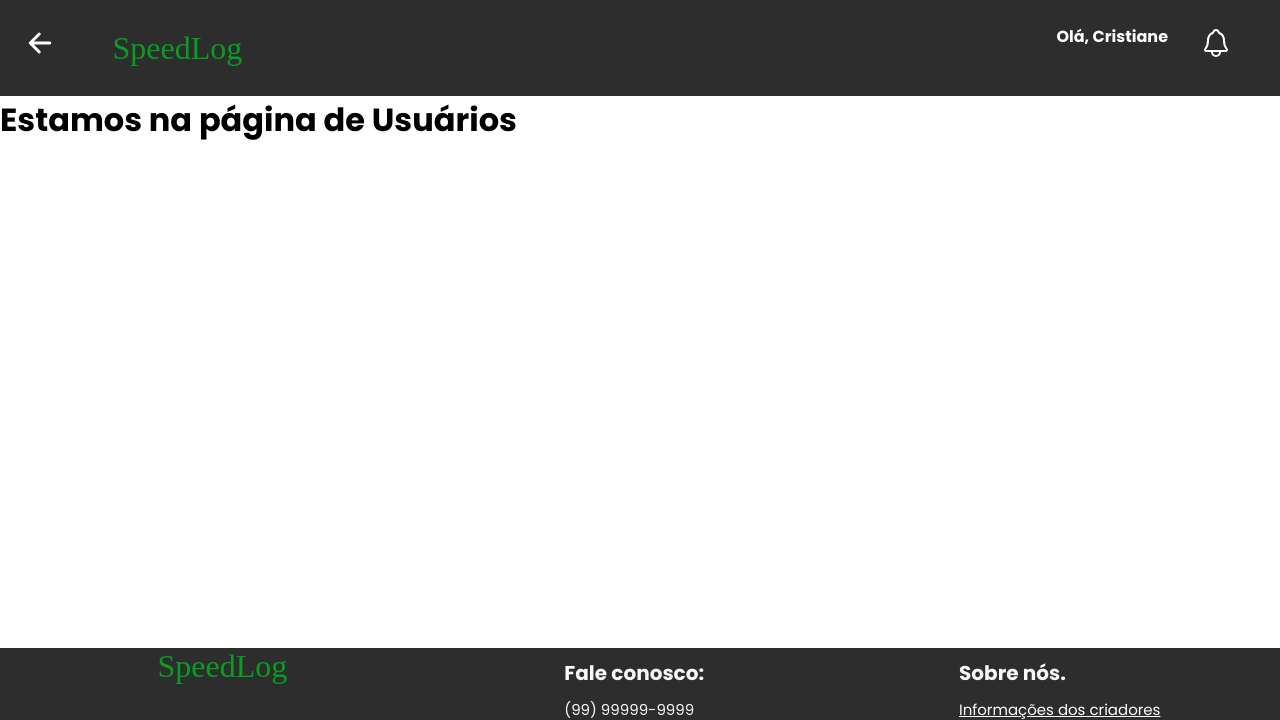
Repository: crisholiveira/speedlog
Page: http://localhost/usuarios/
These files come from the project's save history. The page is drawn as it stood at one moment and after the next save; the edit follows.
The browser window is 1280 px wide. The pictures show the whole page.
Some web fonts or font styles are not loaded; a fallback is used. The page is served by the project's Node server (app.js). Other server files are loaded and not shown.

Above is the page before, as saved 2022-01-23 18:28:29.

### views/usuarios.ejs
<%- include('./partials/header.ejs') %>
<body>
    <h1>Estamos na página de Usuários</h1>
</body>

<%- include('./partials/footer.ejs') %>

### views/partials/header.ejs
<!DOCTYPE html>
<html lang="en">

<head>
    <meta charset="UTF-8">
    <meta http-equiv="X-UA-Compatible" content="IE=edge">
    <meta name="viewport" content="width=device-width, initial-scale=1.0">
    <link rel="stylesheet" href="/stylesheets/header.css">
    <title>SpeedLog</title>
</head>
<header>
    <div id="menu-header">
        <div class="header-container">
            <span class="icone-voltar"><a href="/home"><ion-icon name="arrow-back-outline"></ion-icon></a>

            </span>
            <span class="logo">SpeedLog</span>
            <span class="icone-notificacao">
                <ion-icon name="notifications-outline"></ion-icon>
            </span>
            <span class="bem-vindo">
                <h4>Olá, Cristiane</h4>
            </span>
        </div>
    </div>
</header>
<script type="module" src="https://unpkg.com/ionicons@5.5.2/dist/ionicons/ionicons.esm.js"></script>
<script nomodule src="https://unpkg.com/ionicons@5.5.2/dist/ionicons/ionicons.js"></script>

### views/partials/footer.ejs
<!DOCTYPE html>
<html lang="en">
<head>
    <meta charset="UTF-8">
    <meta http-equiv="X-UA-Compatible" content="IE=edge">
    <meta name="viewport" content="width=device-width, initial-scale=1.0">
    <title>Document</title>
    <link rel="stylesheet" href="/stylesheets/footer.css">
</head>

<footer>

    <div class="footer">

        <div class="caixa1">
            <span class="logo"> SpeedLog </span>
        </div>

        <div class="caixa2">

            <ul>
            <li class="titulo"><b>Fale conosco:</b> </li>
            <li >(99) 99999-9999</li>
            <li>speedlog@mail.com</li>
            </ul>

        </div>

        <div class='caixa3'>
            <ul>
                <li class="titulo"><b>Sobre nós.</b></li>
                <li><a href="#" style="color: white">Informações dos criadores</a></li>
            </ul>
        </div>


    </div>

</footer>

### app.js
var createError = require('http-errors');
var express = require('express');
var path = require('path');
var cookieParser = require('cookie-parser');
var logger = require('morgan');

var indexRouter = require('./routes/index');
var usersRouter = require('./routes/users');
var homeRouter = require('./routes/home');
var perfilRouter = require('./routes/perfil');
var requisicoesRouter = require('./routes/requisicoes');
var estoqueRouter = require('./routes/estoque');
var usuariosRouter = require('./routes/usuarios');
var produtosRouter = require('./routes/produtos');
var cadFornecedorRouter = require('./routes/cadFornecedor')
var cadUsuarioRouter = require('./routes/cadUsuario');


var app = express();

// view engine setup
app.set('views', path.join(__dirname, 'views'));
app.set('view engine', 'ejs');

app.use(logger('dev'));
app.use(express.json());
app.use(express.urlencoded({ extended: false }));
app.use(cookieParser());
app.use(express.static(path.join(__dirname, 'public')));

app.use('/', indexRouter);
app.use('/users', usersRouter);
app.use('/home', homeRouter);
app.use('/perfil', perfilRouter);
app.use('/requisicoes', requisicoesRouter);
app.use('/estoque', estoqueRouter);
app.use('/usuarios', usuariosRouter);
app.use('/produtos', produtosRouter);
app.use('/cadastroDeFornecedor', cadFornecedorRouter);
app.use('/cadastroDeUsuario', cadUsuarioRouter);

// catch 404 and forward to error handler
app.use(function(req, res, next) {
  next(createError(404));
});

// error handler
app.use(function(err, req, res, next) {
  // set locals, only providing error in development
  res.locals.message = err.message;
  res.locals.error = req.app.get('env') === 'development' ? err : {};

  // render the error page
  res.status(err.status || 500);
  res.render('error');
});

module.exports = app;

### controllers/usuariosController.js
const usuariosController = {
    index: (req, res) => {

        res.render('usuarios')
    }
}
module.exports = usuariosController

### public/stylesheets/header.css
@import url('https://fonts.googleapis.com/css2?family=Poppins:wght@100;200;300;400;500;600;700&display=swap');
@import url('https://fonts.googleapis.com/css2?family=Patrick+Hand&display=swap');

*{
    padding: 0;
    margin: 0;
    box-sizing: border-box;
    border: none;
    font-family: 'Poppins'
}

header {
    min-height: 10vh;
    background-color:#2d2d2d;

}

.header-container a {
    color: white;
}



.header-container {
    padding: 1.5rem;

}

.logo {
    color:#099c22;
    font-family: 'Patrick Hand', cursive;
    font-size: 2rem;
    padding: 3rem;

}


.icone-voltar {
    font-size: 2rem;
    color: white;



}

.icone-notificacao {
    font-size: 2rem;
    color: white;
    float: right;
    padding-right: 1.5rem;

}

.bem-vindo {
    color: white;
    float: right;

}
.bem-vindo h4 {
    padding-right: 2rem;
}
@media (max-width: 768px){
    .logo{
        display: none;
    }
}

### public/stylesheets/footer.css
*{
    padding: 0;
    margin: 0;
    box-sizing: border-box;
    border: none;
    font-family: 'Poppins'
}

footer{
    min-height: 10vh;
    background-color:#2d2d2d;
    color: rgb(248, 248, 248);
    /**
    padding: 30px;
    position: absolute;
    margin-bottom: 0px;
    width: 100%;
    **/


    bottom: 0;
    left: 0;
    height: 40px;
    position: fixed;
    width: 100%;

}

.logo{
    color:#099c22;
    font-family: 'Patrick Hand', cursive;
    font-size: 2rem;
    text-align: center;
}

ul{

    list-style: none;


}

li{
    margin: 10px;
    font-size: 15px;

}

.footer{
    display: flex;
    justify-content: space-around;


}

.titulo{
    font-size: 20px;
}

After the next save:
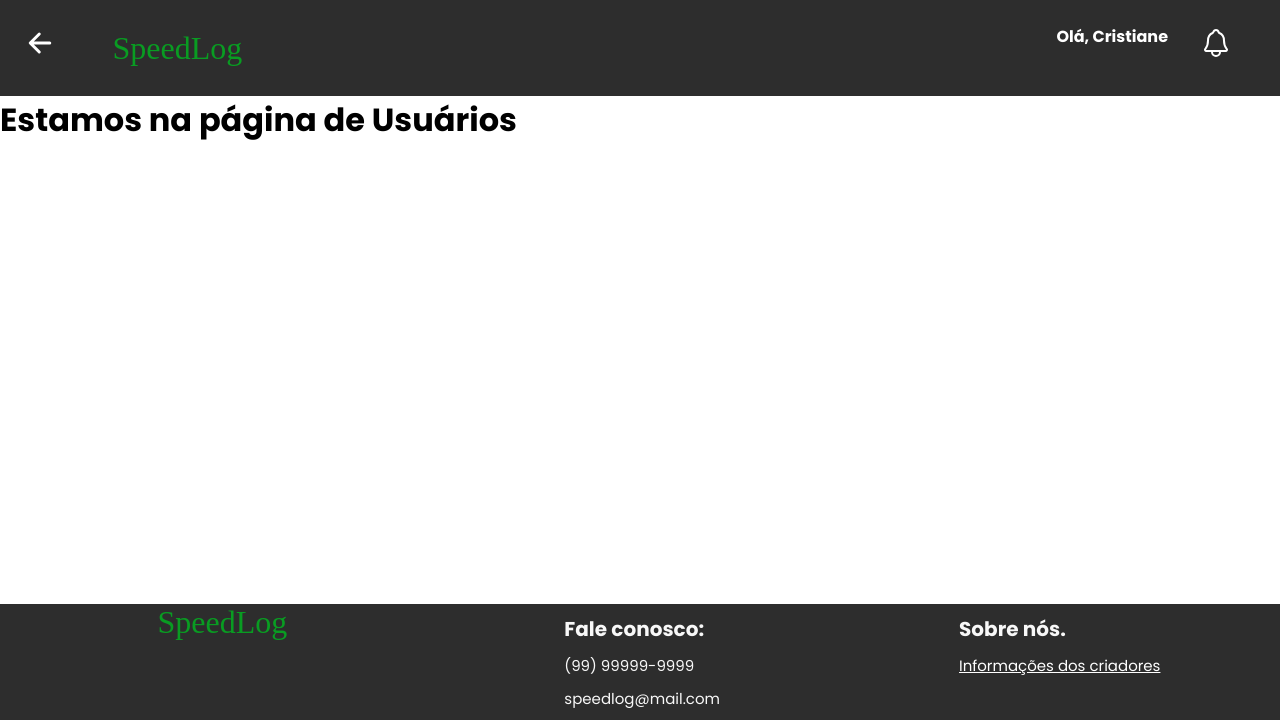
Saved 117 s later.
--- a/public/stylesheets/footer.css
+++ b/public/stylesheets/footer.css
@@ -10,20 +10,17 @@ footer{
     min-height: 10vh;
     background-color:#2d2d2d;
     color: rgb(248, 248, 248);
+    bottom: 0;
+    left: 0;
+    position: fixed;
+    width: 100%;
+
     /**
     padding: 30px;
     position: absolute;
     margin-bottom: 0px;
     width: 100%;
     **/
-
-
-    bottom: 0;
-    left: 0;
-    height: 40px;
-    position: fixed;
-    width: 100%;
-
 }
 
 .logo{
